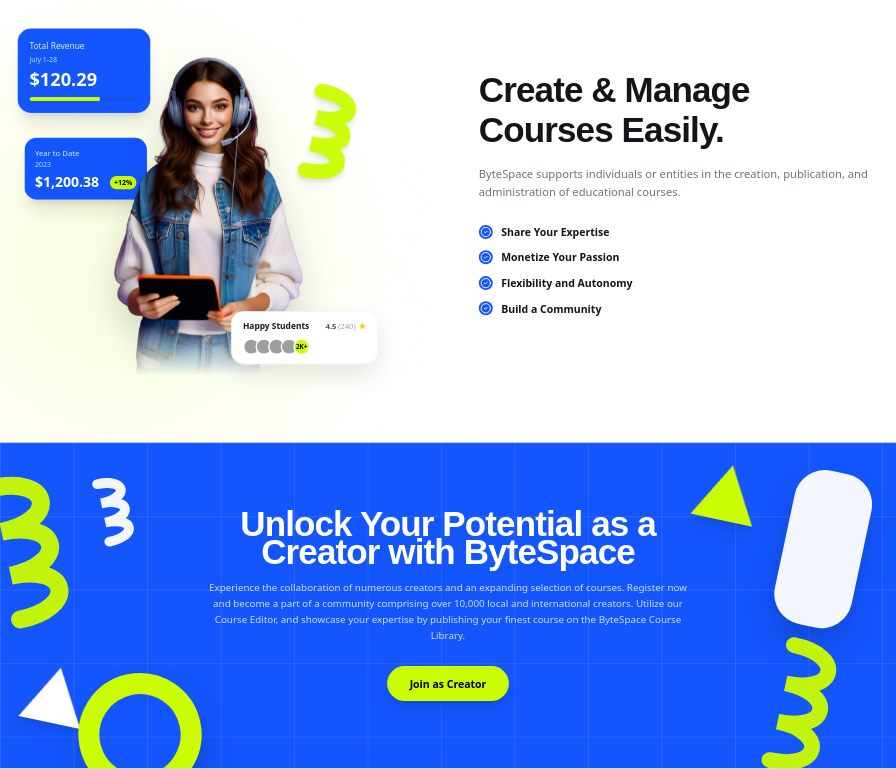
Repository: mdkawsarjomadder/bytespace
Page: /
An editor plug-in stored every save of this project. The page is shown before and after a run of saves, followed by the edit.
The browser window is 1280 px wide. The pictures show the part of the page from y = 3998 to 5918 px (the page is 5096 px tall before and 5918 px after), at 70% of full size.
Pictures or frames that could not be fetched are drawn as grey boxes. Some web fonts or font styles are not loaded; a fallback is used. The project was rebuilt for these pictures with package versions that can differ from the ones it lists, and the page was loaded fresh each time. Also part of the build but not shown: vite.config.js.

Above is the page before, as saved 2026-09-30 00:36:46.

### index.html
<!doctype html>
<html lang="en">
  <head>
    <meta charset="UTF-8" />
    <link rel="icon" type="image/svg+xml" href="/favicon.svg" />
    <meta name="viewport" content="width=device-width, initial-scale=1.0" />
    <title>bytespace</title>
  </head>
  <body>
    <div id="root"></div>
    <script type="module" src="/src/main.jsx"></script>
    <link href="https://api.fontshare.com/v2/css?f[]=satoshi@400,500,700&display=swap" rel="stylesheet">
  </body>
</html>

### src/App.jsx
import React from 'react';
import Navbar from './components/Navbar';
import Hero from './components/Hero';
import CategoryPills from './components/CategoryPills';
import CourseGrid from './components/CourseGrid';
import LearningPaths from './components/LearningPaths';
import GrowthStats from './components/GrowthStats';
import CreatorCTA from './components/CreatorCTA';
import UnlockCreatorBanner from './components/UnlockCreatorBanner';

function App() {
  return (
    <div className="min-h-screen bg-gray-50 font-sans">
      <Navbar />
      <Hero />
      < CategoryPills/>
      < CourseGrid/>
      < LearningPaths/>
      < GrowthStats/>
      < CreatorCTA/>
      < UnlockCreatorBanner/>
    </div>
  );
}

export default App;

### src/components/Navbar.jsx
import React from 'react';
import { ShoppingBag } from 'lucide-react';

const Navbar = () => {
  return (
    <header className="w-full h-[120px] bg-[#1456fd] border-b border-blue-400/20 pl-[122px] pr-16 flex items-center justify-between relative z-50">
      {/* 1. Brand Logo (Figma Specs: 171px x 37px) */}
      <div
        className="w-[171px] h-[37px] flex items-center gap-3 cursor-pointer select-none"
        style={{ opacity: 1 }}
      >
        {/* Play Icon Logo */}
        <div className="w-[37px] h-[37px] rounded-full bg-[#d2fb1b] flex items-center justify-center shrink-0">
          <svg
            className="w-4 h-4 text-black fill-current translate-x-0.5"
            viewBox="0 0 24 24"
          >
            <path d="M8 5v14l11-7z" />
          </svg>
        </div>
        {/* Logo Text */}
        <span className="text-[28px] font-bold tracking-tight text-white leading-none font-['Satoshi']">
          ByteSpace
        </span>
      </div>

      {/* 2. Navigation Links */}
      <nav className="hidden md:flex items-center gap-8 font-['Satoshi']">
        <a
          href="#home"
          className="text-[#F5F5F6] text-[16px] leading-[160%] font-normal hover:text-[#d2fb1b] transition-colors"
        >
          Home
        </a>
        <a
          href="#courses"
          className="w-[58px] h-[26px] flex items-center text-[#F5F5F6] text-[16px] leading-[160%] font-normal hover:text-[#d2fb1b] transition-colors"
          style={{ opacity: 1 }}
        >
          Courses
        </a>
        <a
          href="#creators"
          className="text-[#F5F5F6] text-[16px] leading-[160%] font-normal hover:text-[#d2fb1b] transition-colors"
        >
          Creators
        </a>
      </nav>

      {/* 3. Action Buttons & Cart */}
      <div className="flex items-center gap-6 font-['Satoshi']">
        <button
          className="w-[49px] h-[24px] flex items-center justify-center text-[#F5F5F6] text-[16px] leading-[24px] font-normal hover:text-white/80 transition-colors"
          style={{ opacity: 1 }}
        >
          Sign In
        </button>
        <button
          className="h-[24px] px-2 flex items-center justify-center text-[#F5F5F6] text-[16px] leading-[24px] font-normal hover:text-white/80 transition-colors"
          style={{ opacity: 1 }}
        >
          Join us
        </button>
        <button className="text-[#F5F5F6] hover:text-[#d2fb1b] transition-colors flex items-center justify-center ml-2">
          <ShoppingBag size={22} strokeWidth={2} />
        </button>
      </div>
    </header>
  );
};

export default Navbar;

### src/components/CategoryPills.jsx
import React, { useState } from 'react';

const CategoryPills = () => {
  const [activeCategory, setActiveCategory] = useState('Featured');

  // ফিগমার হুবহু ৩টি সারি
  const row1 = [
    'Featured',
    'Music',
    'Drawing & Painting',
    'Marketing',
    'Animation',
    'Social Media',
    'UI/UX Design',
    'Creative Marketing',
  ];

  const row2 = [
    'Digital Illustration',
    'Film & Video',
    'Crafts',
    'Freelance & Entrepreneurship',
    'Graphic Design',
    'Photography',
  ];

  const row3 = [
    'Productivity',
    'Web Development',
    'Data Science',
    'Cooking',
  ];

  return (
    <section className="w-full bg-white pt-24 pb-20 px-4 flex flex-col items-center text-center">
      <div className="w-full max-w-[1200px] mx-auto flex flex-col items-center">

        {/* Title */}
        <h2 className="text-3xl md:text-[44px] font-bold text-[#141518] tracking-tight leading-[1.2] font-['Satoshi',sans-serif]">
          Discover Your Passion, <br /> Build Your Skills
        </h2>

        {/* Subtitle */}
        <p className="mt-4 text-[15px] text-gray-500 max-w-[650px] leading-relaxed font-normal">
          At Bytespace Courses, we bring you closer to life-changing knowledge. Explore a variety of courses across different fields, from technology to the arts, and make a difference in your career and life.
        </p>

        {/* Category Filter Pills (Strict 3 Rows) */}
        <div className="mt-12 flex flex-col items-center gap-3.5 w-full">

          {/* Row 1: 8 Items (No wrap on large screens) */}
          <div className="flex flex-wrap lg:flex-nowrap justify-center items-center gap-2.5">
            {row1.map((item) => (
              <button
                key={item}
                onClick={() => setActiveCategory(item)}
                className={`px-4 py-2 rounded-full text-[13px] font-medium transition-all whitespace-nowrap cursor-pointer ${
                  activeCategory === item
                    ? 'bg-[#CBFC01] text-black font-semibold'
                    : 'bg-[#F4F5F7] text-gray-700 hover:bg-gray-200'
                }`}
              >
                {item}
              </button>
            ))}
          </div>

          {/* Row 2: 6 Items */}
          <div className="flex flex-wrap lg:flex-nowrap justify-center items-center gap-2.5">
            {row2.map((item) => (
              <button
                key={item}
                onClick={() => setActiveCategory(item)}
                className={`px-4 py-2 rounded-full text-[13px] font-medium transition-all whitespace-nowrap cursor-pointer ${
                  activeCategory === item
                    ? 'bg-[#CBFC01] text-black font-semibold'
                    : 'bg-[#F4F5F7] text-gray-700 hover:bg-gray-200'
                }`}
              >
                {item}
              </button>
            ))}
          </div>

          {/* Row 3: 4 Items + More Button */}
          <div className="flex flex-wrap justify-center items-center gap-2.5">
            {row3.map((item) => (
              <button
                key={item}
                onClick={() => setActiveCategory(item)}
                className={`px-4 py-2 rounded-full text-[13px] font-medium transition-all whitespace-nowrap cursor-pointer ${
                  activeCategory === item
                    ? 'bg-[#CBFC01] text-black font-semibold'
                    : 'bg-[#F4F5F7] text-gray-700 hover:bg-gray-200'
                }`}
              >
                {item}
              </button>
            ))}

            {/* + More Button */}
            <button className="px-3 py-2 text-[13px] font-semibold text-[#1456fd] hover:underline cursor-pointer flex items-center gap-1">
              + More
            </button>
          </div>

        </div>

      </div>
    </section>
  );
};

export default CategoryPills;

### src/components/LearningPaths.jsx
import React from 'react';
import { PenTool, Code, Laptop, Building2, Megaphone, Camera } from 'lucide-react';

const paths = [
  { id: 1, name: 'Design', icon: PenTool },
  { id: 2, name: 'Development', icon: Code },
  { id: 3, name: 'IT & Software', icon: Laptop },
  { id: 4, name: 'Business', icon: Building2 },
  { id: 5, name: 'Marketing', icon: Megaphone },
  { id: 6, name: 'Photography', icon: Camera },
];

const LearningPaths = () => {
  return (
    <section className="w-full bg-white py-20 px-4 flex justify-center">
      <div className="w-full max-w-[1202px] flex flex-col items-center text-center">

        {/* Title */}
        <h2 className="text-3xl md:text-[44px] font-bold text-[#141518] tracking-tight leading-[1.2] font-['Satoshi',sans-serif]">
          Explore Diverse Learning Paths at Bytespace
        </h2>

        {/* Subtitle */}
        <p className="mt-4 text-sm md:text-[15px] text-gray-500 max-w-[760px] leading-relaxed font-normal">
          At Bytespace, we believe in empowering individuals through knowledge. Our diverse range of courses spans various fields, ensuring there's something for everyone. Unleash your potential and explore our carefully curated categories.
        </p>

        {/* Learning Path 6 Cards Row (Figma: 1202px x 167px) */}
        <div className="mt-14 w-full grid grid-cols-2 sm:grid-cols-3 lg:grid-cols-6 gap-4">
          {paths.map((item) => {
            const Icon = item.icon;
            return (
              <div
                key={item.id}
                className="h-[167px] bg-white rounded-[24px] border border-gray-200/90 hover:border-gray-300 shadow-[0_4px_20px_rgba(0,0,0,0.02)] hover:shadow-md transition-all duration-200 flex flex-col items-center justify-center gap-4 cursor-pointer group"
              >
                {/* Lime Circular Icon */}
                <div className="w-14 h-14 rounded-full bg-[#CBFC01] flex items-center justify-center transition-transform group-hover:scale-110">
                  <Icon className="w-6 h-6 text-black stroke-[2.2]" />
                </div>

                {/* Path Label */}
                <span className="text-[15px] font-bold text-gray-900 group-hover:text-[#1456fd] transition-colors">
                  {item.name}
                </span>
              </div>
            );
          })}
        </div>

      </div>
    </section>
  );
};

export default LearningPaths;

### src/components/UnlockCreatorBanner.jsx
import React from 'react';

const UnlockCreatorBanner = () => {
  return (
    <section className="relative w-full bg-[#1456fd] overflow-hidden py-24 px-4 text-white flex flex-col items-center justify-center">
      {/* 1. Background Grid Pattern */}
      <div className="absolute inset-0 bg-[linear-gradient(to_right,#ffffff15_1px,transparent_1px),linear-gradient(to_bottom,#ffffff15_1px,transparent_1px)] bg-[size:105px_105px] pointer-events-none" />

      {/* 2. Left 3D Elements */}
      {/* Top Left Lime Spring */}
      <div className="absolute -left-6 top-6 w-32 h-64 pointer-events-none hidden lg:block -rotate-12 opacity-95">
        <svg viewBox="0 0 120 240" fill="none" className="w-full h-full stroke-[#CBFC01]" strokeWidth="24" strokeLinecap="round">
          <path d="M 30 30 C 110 30, 110 90, 30 90 C 110 90, 110 150, 30 150 C 110 150, 110 210, 30 210" />
        </svg>
      </div>

      {/* Top Left White Zigzag */}
      <div className="absolute left-32 top-10 w-20 h-28 pointer-events-none hidden lg:block -rotate-12 opacity-95">
        <svg viewBox="0 0 100 160" fill="none" className="w-full h-full stroke-white" strokeWidth="20" strokeLinecap="round">
          <path d="M 20 20 C 80 20, 80 60, 20 60 C 80 60, 80 100, 20 100 C 80 100, 80 140, 20 140" />
        </svg>
      </div>

      {/* Bottom Left White Cone / Pyramid */}
      <div className="absolute left-8 bottom-12 w-24 h-24 pointer-events-none hidden lg:block rotate-12 drop-shadow-xl">
        <div className="w-0 h-0 border-l-[45px] border-l-transparent border-r-[45px] border-r-transparent border-b-[80px] border-b-white" />
      </div>

      {/* Bottom Left Lime Torus / Donut */}
      <div className="absolute left-28 -bottom-10 w-44 h-44 rounded-full border-[30px] border-[#CBFC01] shadow-2xl pointer-events-none hidden lg:block -rotate-12" />

      {/* 3. Right 3D Elements */}
      {/* Top Right Lime Pyramid */}
      <div className="absolute right-48 top-8 w-24 h-24 pointer-events-none hidden lg:block rotate-12 drop-shadow-xl">
        <div className="w-0 h-0 border-l-[45px] border-l-transparent border-r-[45px] border-r-transparent border-b-[80px] border-b-[#CBFC01]" />
      </div>

      {/* Top Right White Cylinder */}
      <div className="absolute right-12 top-10 w-28 h-56 bg-white/95 rounded-[44px] shadow-2xl pointer-events-none hidden lg:block rotate-12" />

      {/* Bottom Right Lime Spring */}
      <div className="absolute right-20 -bottom-6 w-28 h-56 pointer-events-none hidden lg:block rotate-12 opacity-95">
        <svg viewBox="0 0 120 240" fill="none" className="w-full h-full stroke-[#CBFC01]" strokeWidth="24" strokeLinecap="round">
          <path d="M 30 30 C 110 30, 110 90, 30 90 C 110 90, 110 150, 30 150 C 110 150, 110 210, 30 210" />
        </svg>
      </div>

      {/* 4. Center Content Area (Figma: 710 x 106 Hug title area) */}
      <div className="relative z-10 w-full max-w-[760px] mx-auto text-center flex flex-col items-center">

        {/* Title */}
        <h2 className="text-3xl sm:text-4xl md:text-[50px] font-bold text-white tracking-tight leading-[1.12] font-['Satoshi',sans-serif] max-w-[710px]">
          Unlock Your Potential as a <br /> Creator with ByteSpace
        </h2>

        {/* Subtitle / Paragraph */}
        <p className="mt-5 text-sm md:text-[14px] text-white/80 leading-relaxed font-normal max-w-[700px]">
          Experience the collaboration of numerous creators and an expanding selection of courses. Register now and become a part of a community comprising over 10,000 local and international creators. Utilize our Course Editor, and showcase your expertise by publishing your finest course on the ByteSpace Course Library.
        </p>

        {/* Action Button */}
        <button className="mt-8 bg-[#CBFC01] hover:bg-[#b8e500] text-black font-semibold text-[15px] px-8 py-3.5 rounded-full shadow-lg transition-transform active:scale-95 cursor-pointer">
          Join as Creator
        </button>

      </div>
    </section>
  );
};

export default UnlockCreatorBanner;

### src/components/Testimonials.jsx
import React from 'react';

const testimonials = [
  {
    id: 1,
    name: 'Sarah M.',
    role: 'Enthusiastic Learner',
    avatar: 'https://images.unsplash.com/photo-1494790108377-be9c29b29330?auto=format&fit=crop&w=200&q=80',
    content:
      '"ByteSpace has transformed my approach to learning. The diverse range of courses and the quality of content provided by creators have exceeded my expectations. The platform truly fosters a sense of community and lifelong learning."',
  },
  {
    id: 2,
    name: 'James L.',
    role: 'Lifelong Learner',
    avatar: 'https://images.unsplash.com/photo-1507003211169-0a1dd7228f2d?auto=format&fit=crop&w=200&q=80',
    content:
      '"I\'ve tried several online learning platforms, and ByteSpace stands out for its vibrant community and the variety of courses available. The easy navigation and engaging content make it a go-to platform for continuous skill development."',
  },
  {
    id: 3,
    name: 'Alex B.',
    role: 'Inspired Creator',
    avatar: 'https://images.unsplash.com/photo-1500648767791-00dcc994a43e?auto=format&fit=crop&w=200&q=80',
    content:
      '"As a creator, ByteSpace has been a game-changer for me. The Course Editor is user-friendly, and the support from the community is incredible. It\'s fulfilling to see my courses making a positive impact on learners globally."',
  },
];

const Testimonials = () => {
  return (
    <section className="relative w-full bg-white py-24 px-4 overflow-hidden flex justify-center">
      {/* Background Soft Glow on Top/Right & Bottom/Left */}
      <div className="absolute right-0 top-0 w-[450px] h-[450px] bg-[#f4ffc7]/60 rounded-full blur-[130px] pointer-events-none" />
      <div className="absolute left-0 bottom-0 w-[400px] h-[400px] bg-blue-50/70 rounded-full blur-[120px] pointer-events-none" />

      <div className="w-full max-w-[1200px] relative z-10 flex flex-col">
        {/* ================= TOP HEADER (Split Left / Right) ================= */}
        <div className="grid grid-cols-1 lg:grid-cols-12 gap-8 items-start mb-16">
          {/* Left Title */}
          <div className="lg:col-span-6">
            <h2 className="text-4xl md:text-[48px] font-bold text-[#141518] tracking-tight leading-[1.15] font-['Satoshi',sans-serif]">
              Discover What Our <br /> Community Is Saying
            </h2>
          </div>

          {/* Right Subtitle */}
          <div className="lg:col-span-6 flex justify-end">
            <p className="text-[15px] md:text-[16px] text-gray-500 leading-relaxed font-normal max-w-[540px]">
              At ByteSpace, our vibrant community of learners and creators is at the heart of what we do. Hear directly from those who have experienced the transformative journey of learning and creating on our platform. Explore testimonials that reflect the diverse perspectives of enthusiastic learners and accomplished creators.
            </p>
          </div>
        </div>

        {/* ================= 3 TESTIMONIAL CARDS (374px x 436px) ================= */}
        <div className="grid grid-cols-1 md:grid-cols-2 lg:grid-cols-3 gap-6 items-stretch">
          {testimonials.map((item) => (
            <div
              key={item.id}
              className="bg-white rounded-[24px] p-8 shadow-[0_10px_35px_rgba(0,0,0,0.03)] border border-gray-100 flex flex-col justify-start hover:shadow-lg transition-all duration-300"
              style={{ minHeight: '436px' }}
            >
              {/* Avatar Image */}
              <div className="w-16 h-16 rounded-full overflow-hidden mb-6 shadow-sm border-2 border-white">
                <img
                  src={item.avatar}
                  alt={item.name}
                  className="w-full h-full object-cover"
                />
              </div>

              {/* Name & Role */}
              <div className="mb-6">
                <h4 className="text-[20px] font-bold text-[#141518] leading-tight font-['Satoshi',sans-serif]">
                  {item.name}
                </h4>
                <p className="text-[14px] font-semibold text-[#1456fd] mt-1">
                  {item.role}
                </p>
              </div>

              {/* Testimonial Quote */}
              <p className="text-[15px] text-gray-500 leading-[1.65] font-normal">
                {item.content}
              </p>
            </div>
          ))}
        </div>
      </div>
    </section>
  );
};

export default Testimonials;

Loaded but not shown: src/main.jsx (common file); src/index.css (common file); tailwind.config.js (common file); src/components/Hero.jsx (220 lines, source omitted); src/components/GrowthStats.jsx (195 lines, source omitted); src/components/CreatorCTA.jsx (126 lines, source omitted); src/components/CourseGrid.jsx (160 lines, source omitted)

After the next 2 saves:
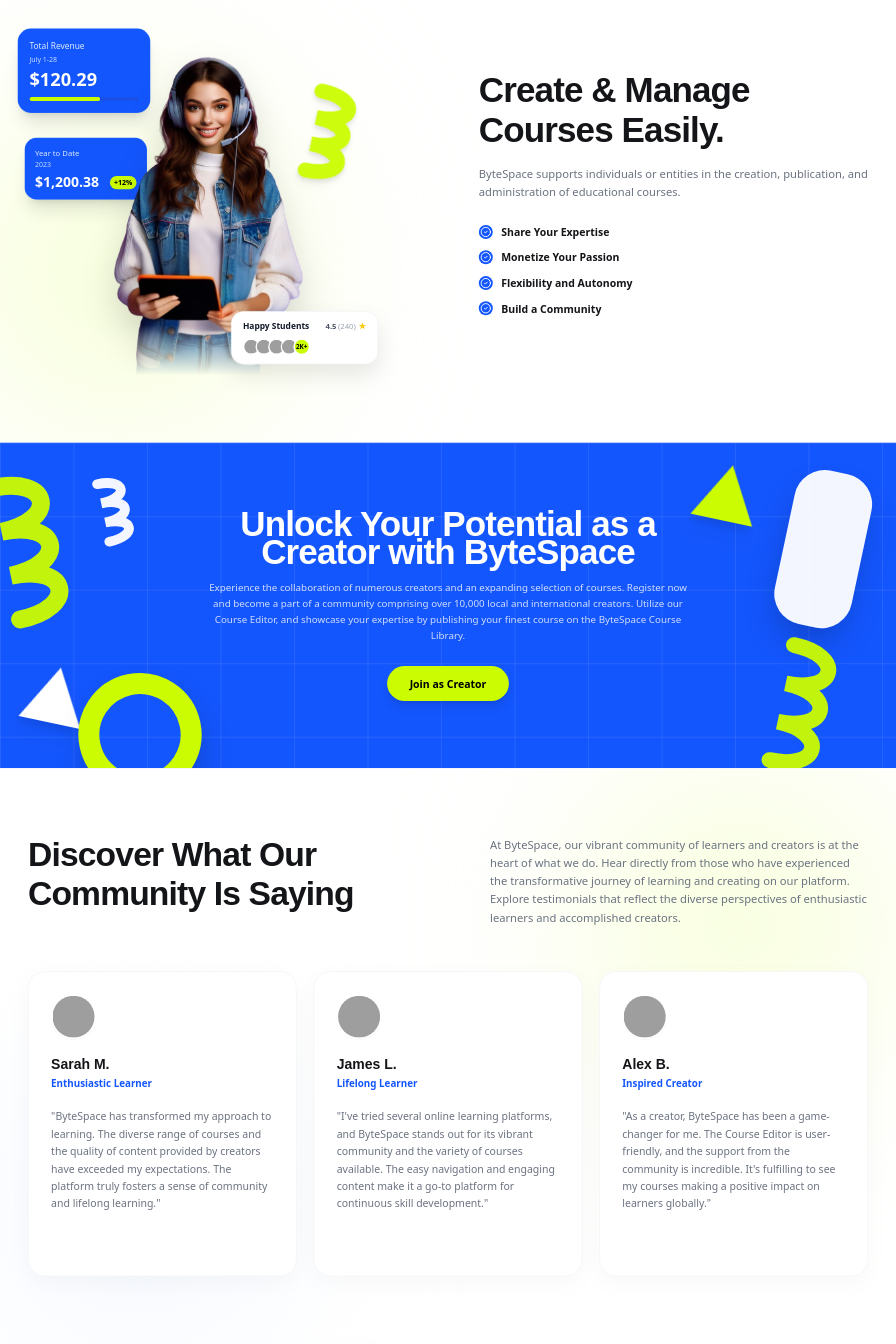
The 2 saves are shown as one change because they came seconds apart.
The last was saved 23 s later.
--- a/src/App.jsx
+++ b/src/App.jsx
@@ -7,6 +7,7 @@
 import GrowthStats from './components/GrowthStats';
 import CreatorCTA from './components/CreatorCTA';
 import UnlockCreatorBanner from './components/UnlockCreatorBanner';
+import Testimonials from './components/Testimonials';
 
 function App() {
   return (
@@ -19,6 +20,7 @@
       < GrowthStats/>
       < CreatorCTA/>
       < UnlockCreatorBanner/>
+      < Testimonials  />
     </div>
   );
 }
